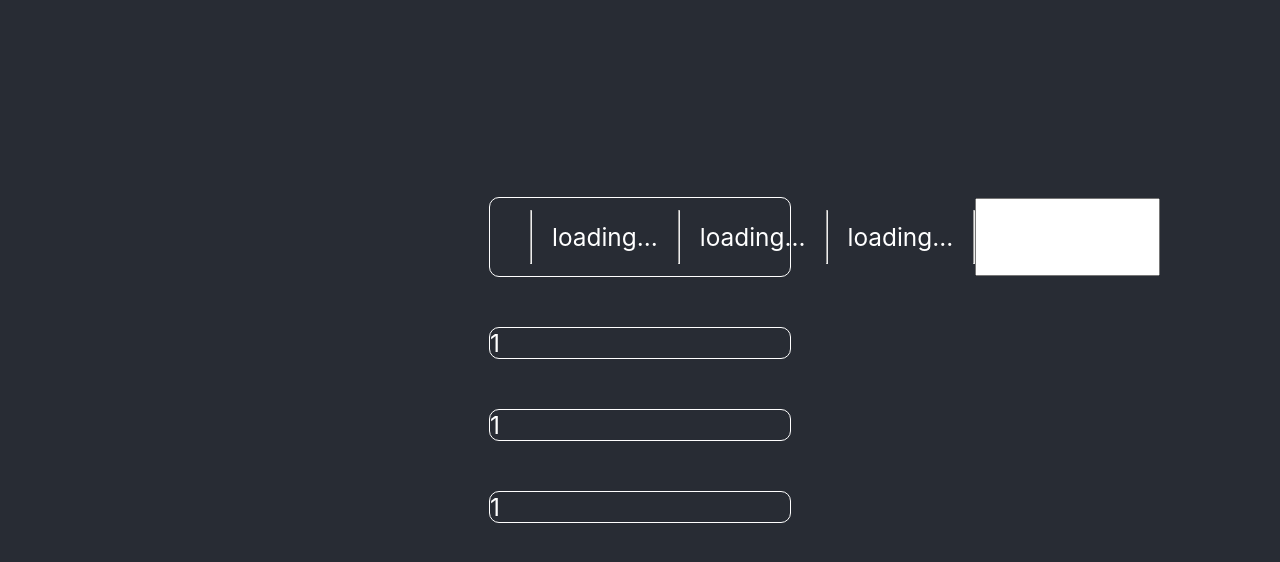
Repository: bandikost/capers
Page: /main
The author's editor kept a copy of each file at every save. The page is drawn from the files as they stood at one save, then again after the next save.
The browser window is 1280 px wide. The pictures show the whole page.
The page's requests for data from a server got no answer. The project was rebuilt for these pictures with package versions that can differ from the ones it lists, and the page was loaded fresh each time. No one was signed in, and anything a server would have sent is missing.

Above is the page before, as saved 2023-04-10 11:48:48.

After the next save:
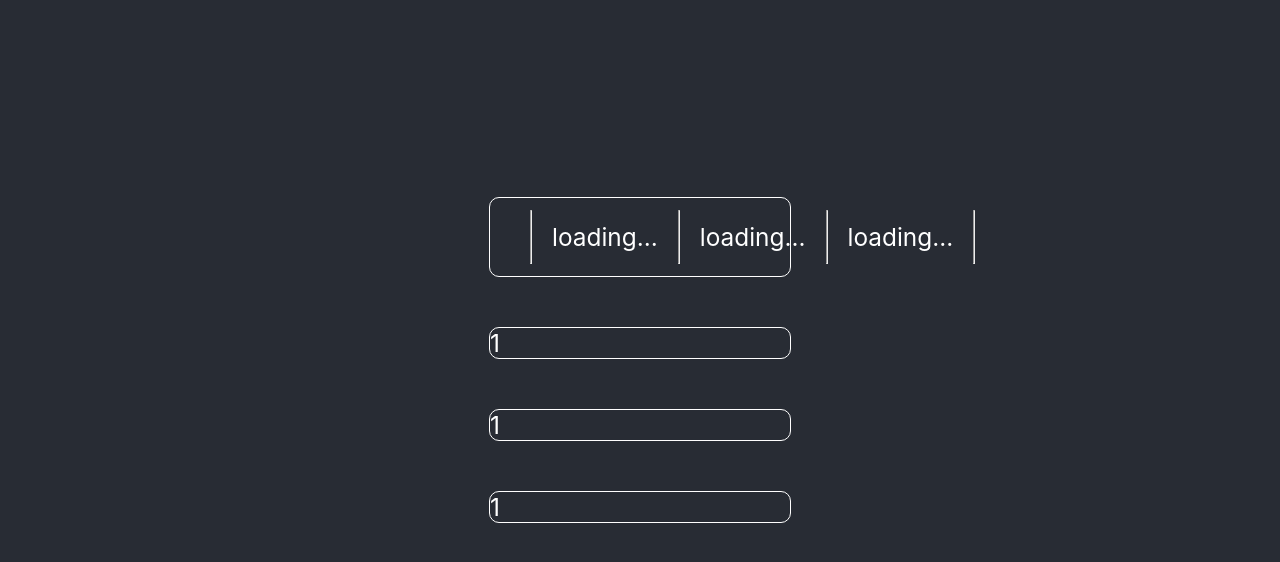
Saved 18 s later.
--- a/src/components/Main.jsx
+++ b/src/components/Main.jsx
@@ -46,7 +46,7 @@ export const Main = () => {
         <hr />
         <p>{lastBalance !== null ? lastBalance - balance.user1 : 'loading...'}</p>
         <hr />
-        <input type='number' value={balance.user1} onChange={handleBalanceChange} />
+
       </div>
       <div className='cell'>1</div>
       <div className='cell'>1</div>
